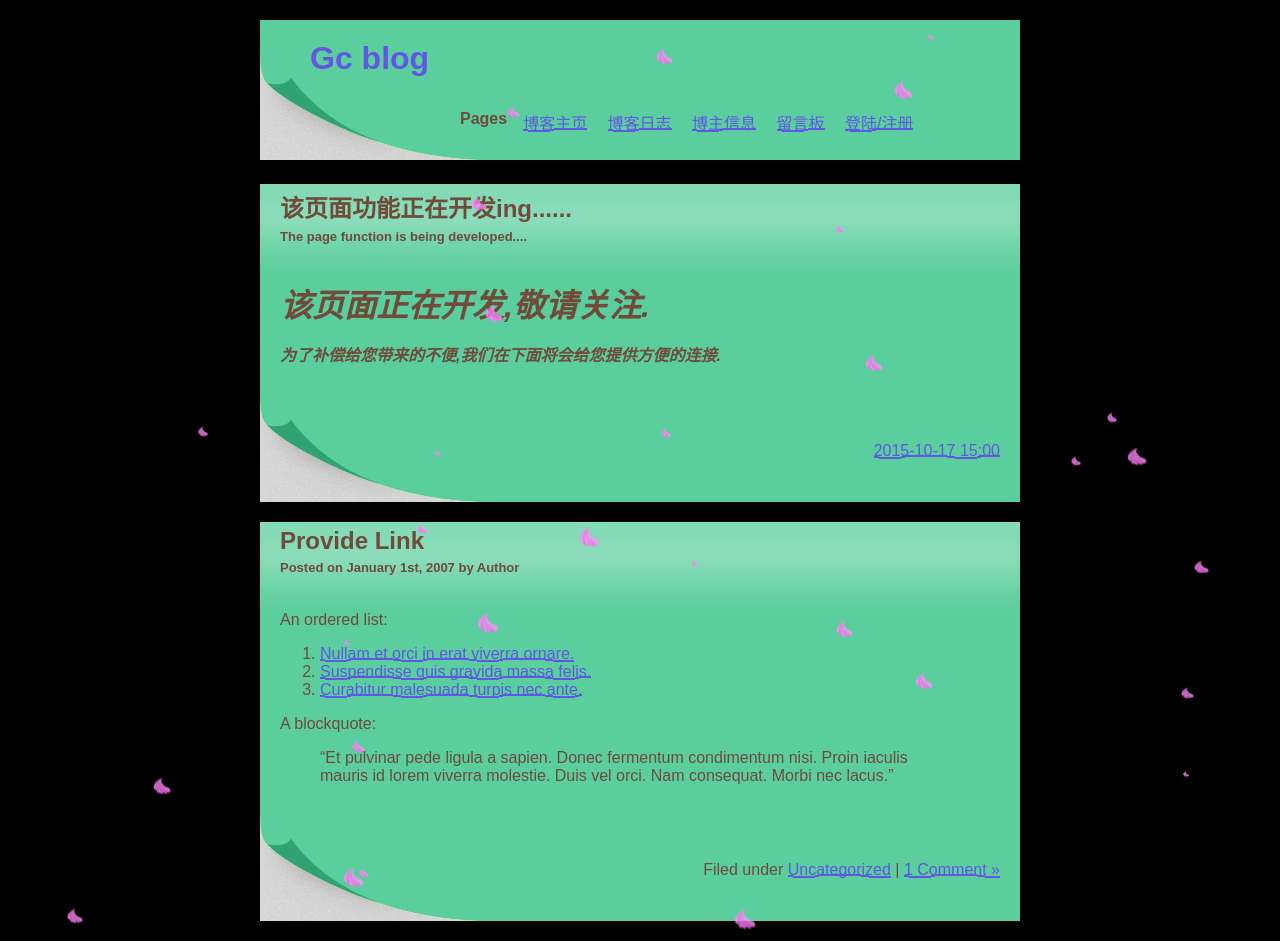
Repository: SUT-GC/myblog_linux
Page: myblog/myblog/WebContent/jsp/prompt/prompt.html
These files come from the project's save history. The page is drawn as it stood at one moment and after the next save; the edit follows.
The browser window is 1280 px wide. The pictures show the whole page.

Above is the page before, as saved 2015-10-17 06:53:12.

After the next save:
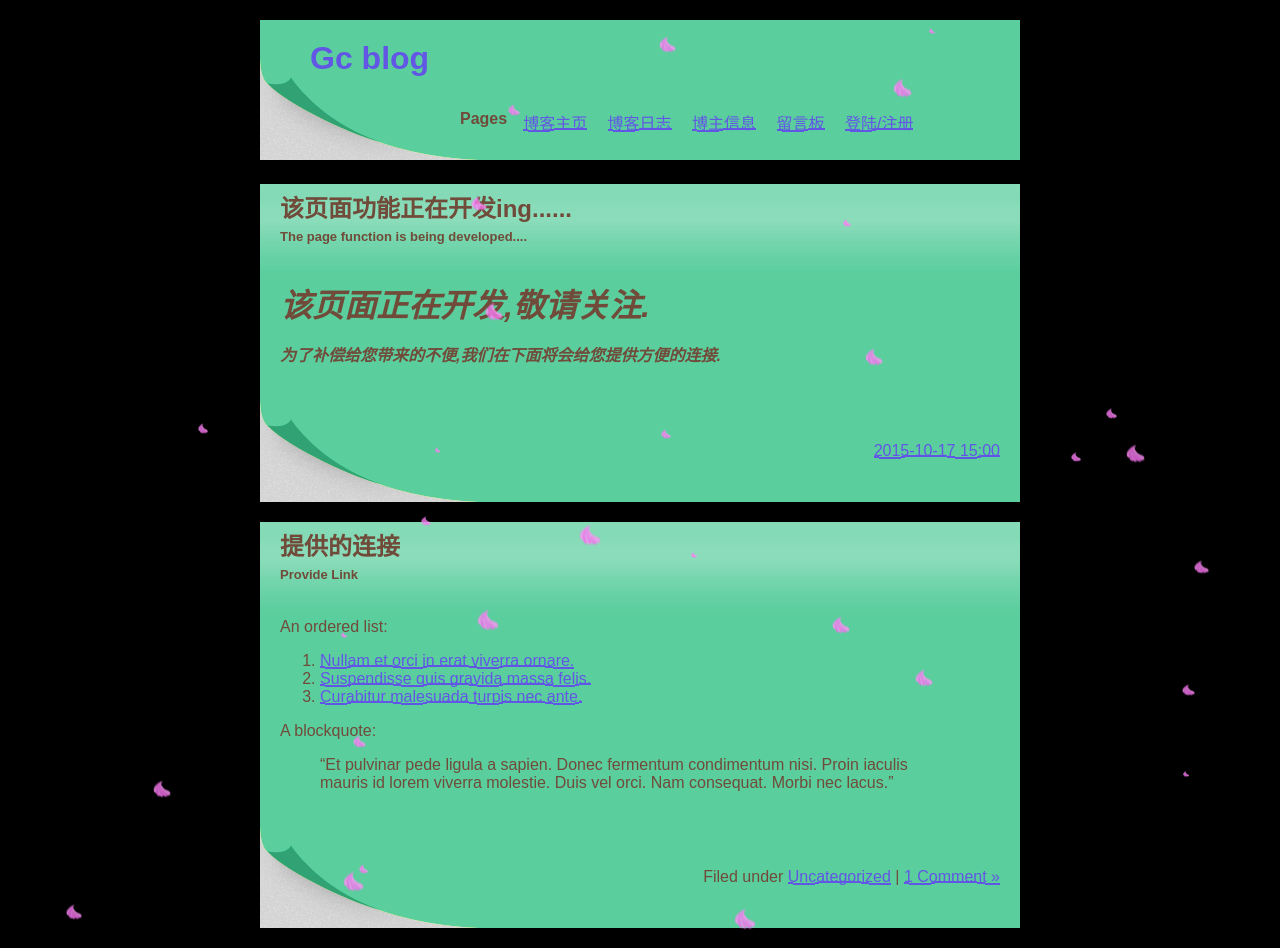
Saved 21 s later.
--- a/myblog/myblog/WebContent/jsp/prompt/prompt.html
+++ b/myblog/myblog/WebContent/jsp/prompt/prompt.html
@@ -46,8 +46,8 @@ body {
 			</div>
 		</div>
 		<div class="post">
-			<h2 class="title">Provide Link</h2>
-			<h3 class="posted">Posted on January 1st, 2007 by Author</h3>
+			<h2 class="title">提供的连接</h2>
+			<h3 class="posted">Provide Link</h3>
 			<div class="story">
 				<p>An ordered list:</p>
 				<ol>
